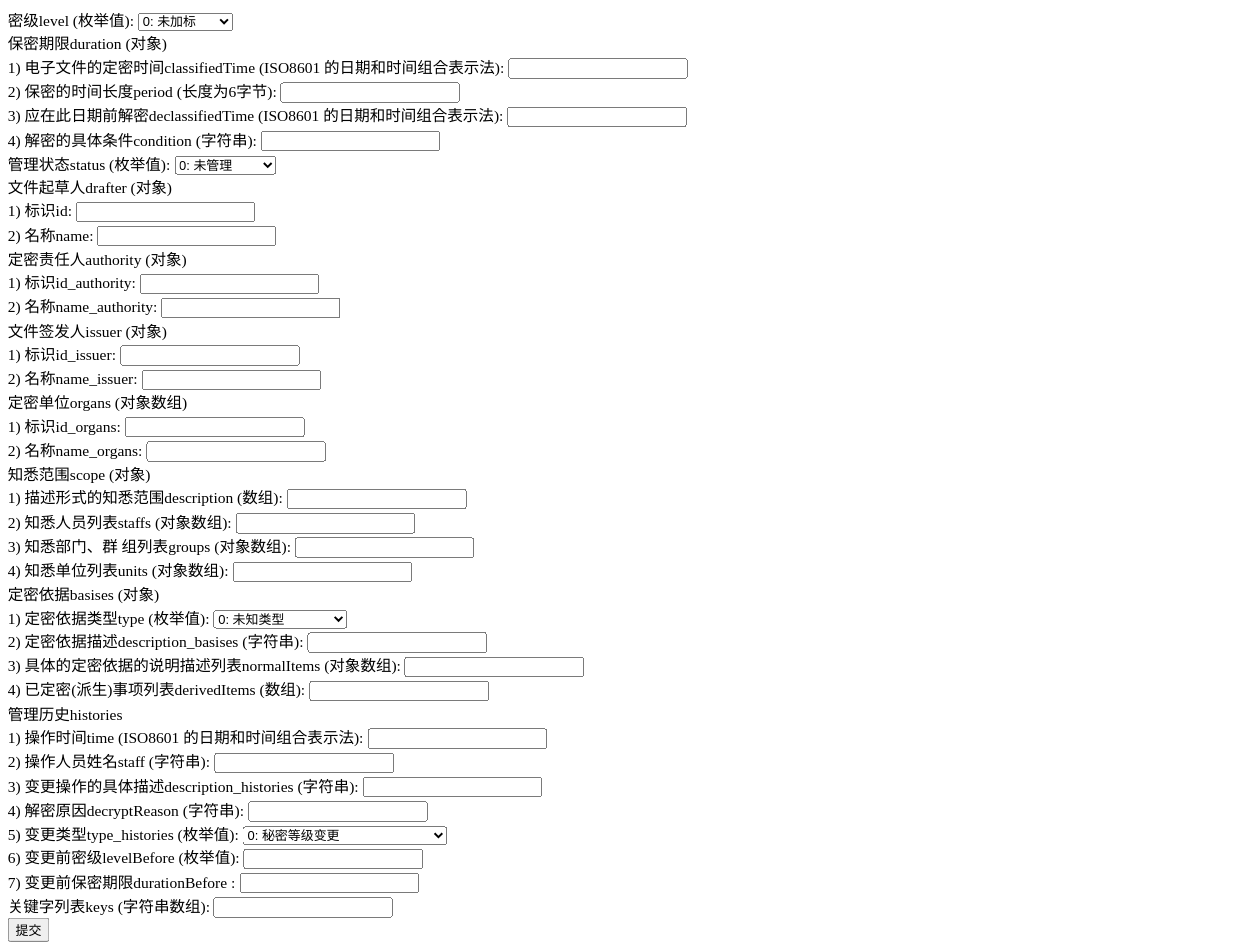
Repository: karlinglee93/eclipse-workspace
Page: jsp_test/WebContent/test.html
The author's editor kept a copy of each file at every save. The page is drawn from the files as they stood at one save, then again after the next save.
The browser window is 1280 px wide. The pictures show the whole page, at 97% of full size.

Above is the page before, as saved 2018-07-04 09:23:42.

### jsp_test/WebContent/test.html
<!DOCTYPE html>
<html>
<head>
<meta charset="utf-8">
<title>Label</title>
</head>
<body>

<form action="main.jsp" method="GET">
密级level (枚举值):
<select name="level">
<option value="0">0: 未加标</option>
<option value="10">10: 国密公开</option>
<option value="11">11: 商密公开</option>
<option value="20">20: 国密内部</option>
<option value="21">21: 商密内部</option>
<option value="50">50: 普通商密</option>
<option value="80">80: 核心商密</option>
<option value="120">120: 秘密</option>
<option value="150">150: 机密</option>
<option value="180">180: 绝密</option>
</select>
<br />

保密期限duration (对象)
<!--不足之处：
	1）ISO8601 的日期和时间组合表示法必须人工手打；
	2）period 和declassifiedTime 之间应该存在一定的逻辑关系；
	3）condition 和其他关键字也应该存在逻辑关系。  -->
<br />
1) 电子文件的定密时间classifiedTime (ISO8601 的日期和时间组合表示法):
<input type="text" name="classifiedTime" />
<br />
2) 保密的时间长度period (长度为6字节):
<input type="text" name="period" />
<br />
3) 应在此日期前解密declassifiedTime (ISO8601 的日期和时间组合表示法):
<input type="text" name="declassifiedTime" />
<br />
4) 解密的具体条件condition (字符串):
<input type="text" name="condition" />
<br />

管理状态status (枚举值):
<select name="status">
<option value="0">0: 未管理</option>
<option value="20">20: 忽略</option>
<option value="50">50: 预定密</option>
<option value="80">80: 正式定密</option>
<option value="110">110: 文件签发</option>
<option value="140">140: 密级变更</option>
<option value="170">170: 文件解密</option>
</select>
<br />

文件起草人drafter (对象)
<br />
1) 标识id:
<input type="text" name="id" />
<br />
2) 名称name:
<input type="text" name="name" />
<br />

定密责任人authority (对象)
<br />
1) 标识id_authority:
<input type="text" name="id_authority" />
<br />
2) 名称name_authority:
<input type="text" name="name_authority" />
<br />

文件签发人issuer (对象)
<br />
1) 标识id_issuer:
<input type="text" name="id_issuer" />
<br />
2) 名称name_issuer:
<input type="text" name="name_issuer" />
<br />

定密单位organs (对象数组)
<br />
1) 标识id_organs:
<input type="text" name="id_organs" />
<br />
2) 名称name_organs:
<input type="text" name="name_organs" />
<br />

知悉范围scope (对象)
<!-- 不足之处：
	1）staffs/groups/units 为对象数组，其中都包含id & name。
 -->
<br />
1) 描述形式的知悉范围description (数组):
<input type="text" name="description" />
<br />
2) 知悉人员列表staffs (对象数组):
<input type="text" name="staffs" />
<br />
3) 知悉部门、群 组列表groups (对象数组):
<input type="text" name="groups" />
<br />
4) 知悉单位列表units (对象数组):
<input type="text" name="units" />
<br />

定密依据basises (对象)
<!-- 不足之处：
	1）normalItems 中包含id/name/level/duration/scope/keys。
 -->
<br />
1) 定密依据类型type (枚举值):
<select name="type">
<option value="0">0: 未知类型</option>
<option value="10">10: 确定性定密事项</option>
<option value="50">50: 不明确事项</option>
<option value="90">90: 无权定密事项</option>
<option value="130">130: 派生定密事项</option>
</select>
<br />
2) 定密依据描述description_basises (字符串):
<input type="text" name="description_basises" />
<br />
3) 具体的定密依据的说明描述列表normalItems (对象数组):
<input type="text" name="normalItems" />
<br />
4) 已定密(派生)事项列表derivedItems (数组):
<input type="text" name="derivedItems" />
<br />

管理历史histories
<!-- 不足之处：
	1）levelBefore/durationBefore 与先前的取值完全相同，
		是否可用同一个关键字替代。
 -->
<br />
1) 操作时间time (ISO8601 的日期和时间组合表示法):
<input type="text" name="time" />
<br />
2) 操作人员姓名staff (字符串):
<input type="text" name="staff" />
<br />
3) 变更操作的具体描述description_histories (字符串):
<input type="text" name="description_histories" />
<br />
4) 解密原因decryptReason (字符串):
<input type="text" name="decryptReason" />
<br />
5) 变更类型type_histories (枚举值):
<select name="type_histories">
<option value="0">0: 秘密等级变更</option>
<option value="1">1: 保密期限变更</option>
<option value="3">3: 秘密等级变更及保密期限变更</option>
</select>
<br />
6) 变更前密级levelBefore (枚举值):
<input type="text" name="levelBefore" />
<br />
7) 变更前保密期限durationBefore :
<input type="text" name="durationBefore" />
<br />

关键字列表keys (字符串数组):
<input type="text" name="keys">
<br />

<input type="submit" value="提交" />
</form>
</body>
</html>

After the next save:
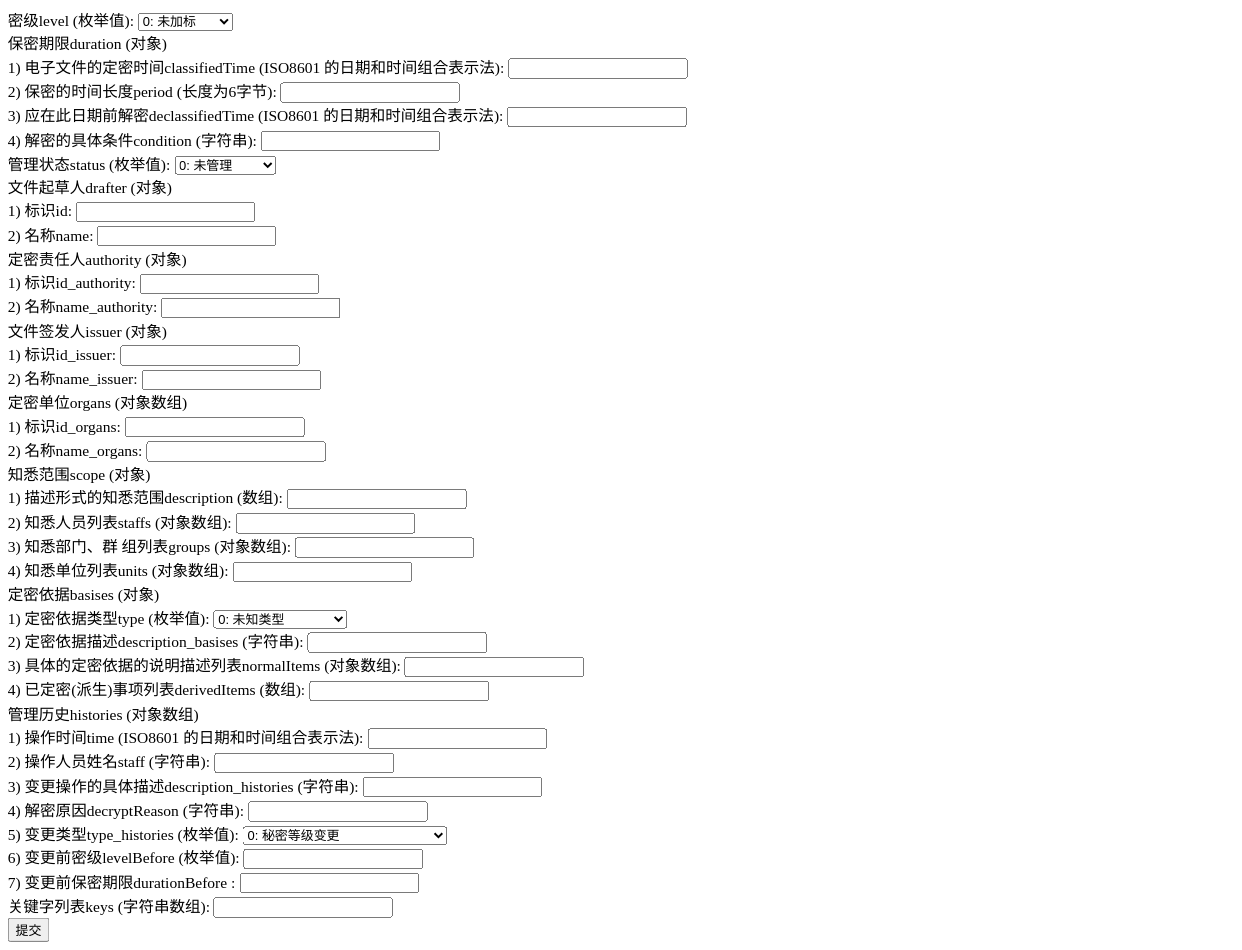
Saved 22 s later.
--- a/jsp_test/WebContent/test.html
+++ b/jsp_test/WebContent/test.html
@@ -131,7 +131,7 @@
 <input type="text" name="derivedItems" />
 <br />
 
-管理历史histories
+管理历史histories (对象数组)
 <!-- 不足之处：
 	1）levelBefore/durationBefore 与先前的取值完全相同，
 		是否可用同一个关键字替代。
